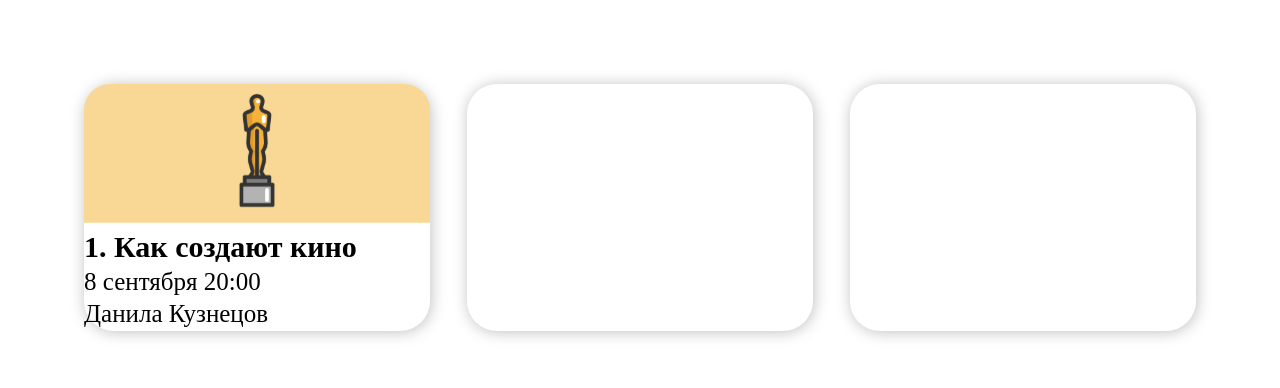
Repository: AytacSafarova/Grid-template
Page: index.html
The author's editor kept a copy of each file at every save. The page is drawn from the files as they stood at one save, then again after the next save.
The browser window is 1280 px wide. The pictures show the whole page.

Above is the page before, as saved 2023-05-06 18:44:24.

After the next save:
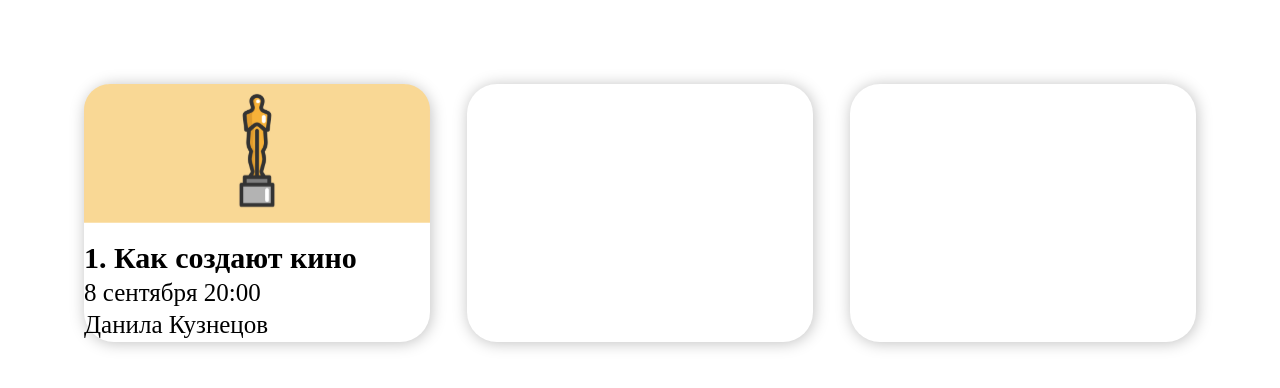
Saved 4 s later.
--- a/index.css
+++ b/index.css
@@ -26,6 +26,7 @@
     height: 100%;
 }
 h1{
+    margin-top: 11px;
     font-style: normal;
 font-weight: 700;
 font-size: 30px;
